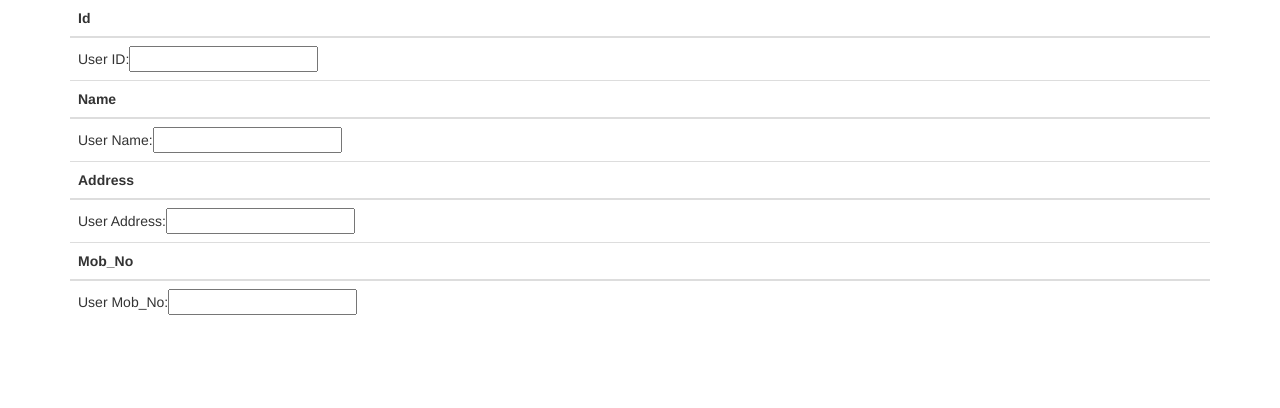
Repository: priyankateli27/priyanka
Page: SirAssignment/src/main/webapp/information.html
The author's editor kept a copy of each file at every save. The page is drawn from the files as they stood at one save, then again after the next save.
The browser window is 1280 px wide. The pictures show the whole page.

Above is the page before, as saved 2016-07-15 11:10:39.

After the next save:
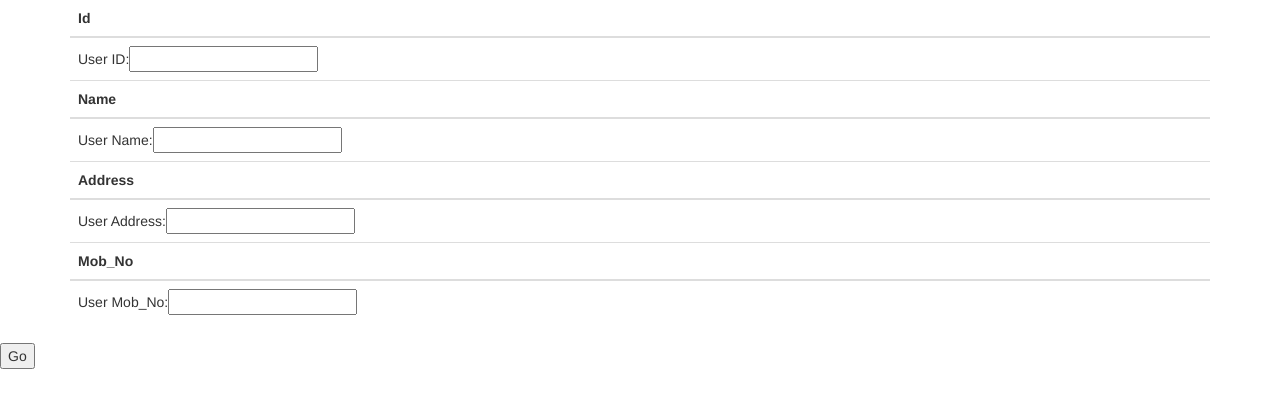
Saved 2 min 1 s later.
--- a/SirAssignment/src/main/webapp/information.html
+++ b/SirAssignment/src/main/webapp/information.html
@@ -51,4 +51,5 @@
 </div>
 
 </body>
+<input type="submit" value="Go">
 </html>
